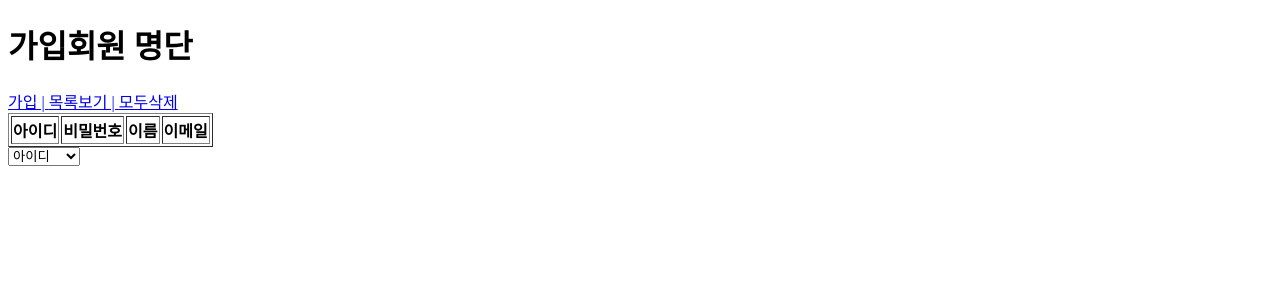
Repository: captainwk/webstudy
Page: http://localhost/a20_8_20/jdbc_select.jsp
The author's editor kept a copy of each file at every save. The page is drawn from the files as they stood at one save, then again after the next save.
The browser window is 1280 px wide. The pictures show the whole page.
The page is served by Tomcat 9. Queries for data that is not in the repository find no rows.

Above is the page before, as saved 2020-08-21 01:25:31.

After the next save:
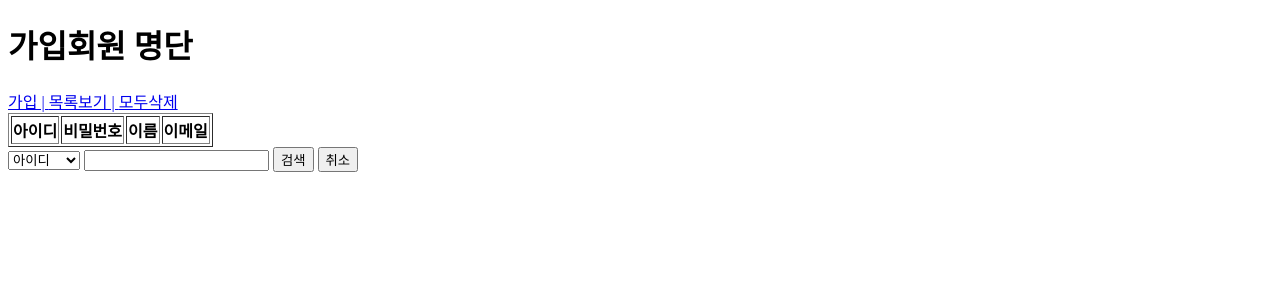
Saved 63 s later.
--- a/a20_8_20/WebContent/jdbc_select.jsp
+++ b/a20_8_20/WebContent/jdbc_select.jsp
@@ -50,12 +50,15 @@
 
 </table>
 <form action="" method="get">
-<select name="key">
-	<option value="memberid">아이디</option>
-	<option value="password">비밀번호</option>
-	<option value="name">이름</option>
-	<option value="email">이메일</option>
-</select>
+	<select name="key">
+		<option value="memberid">아이디</option>
+		<option value="password">비밀번호</option>
+		<option value="name">이름</option>
+		<option value="email">이메일</option>
+	</select>
+	<input type="text" name="word"/>
+	<input type="submit" value= "검색"/>
+	<input type="reset" value= "취소"/>
 </form>
 
 </body>
